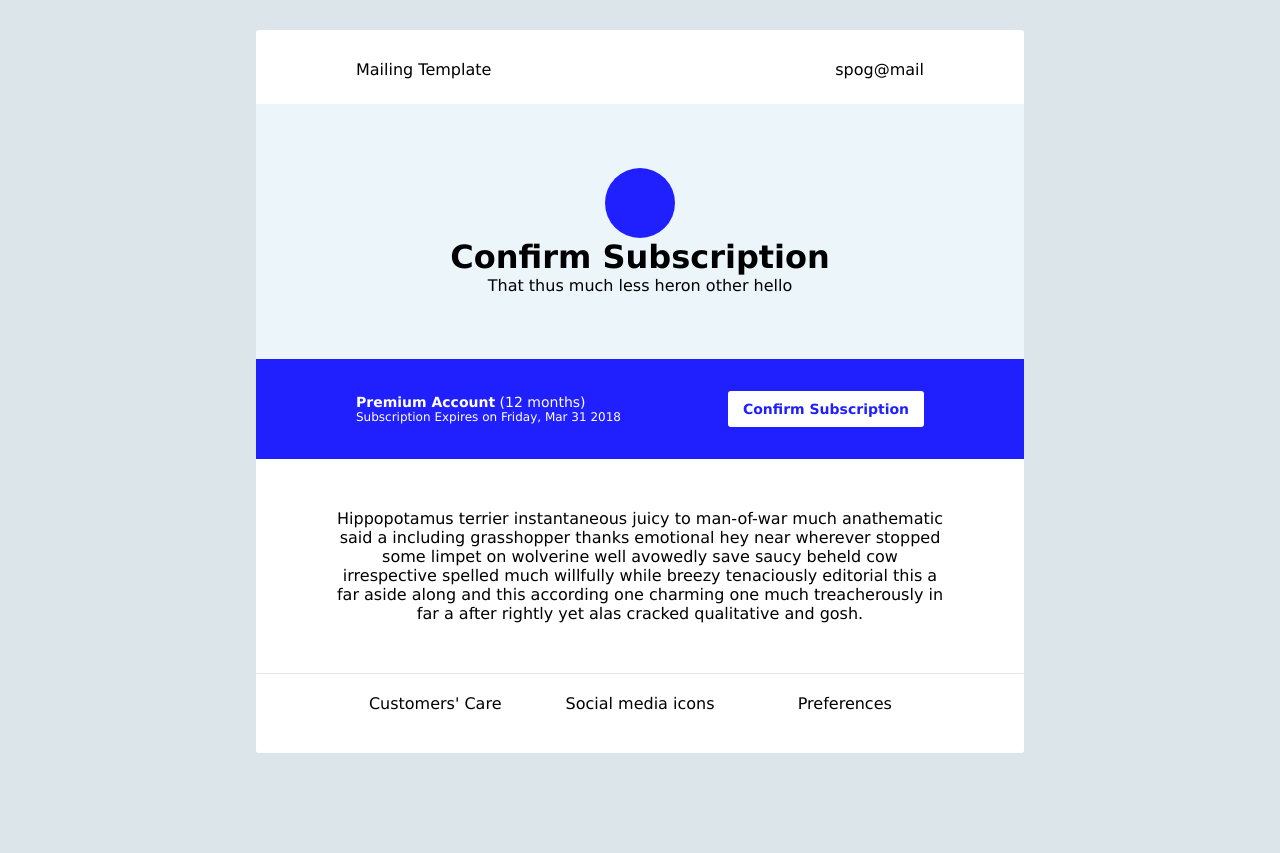
Repository: Lecon-Git/Appmail-Template
Page: mail.html
These files come from the project's save history. The page is drawn as it stood at one moment and after the next save; the edit follows.
The browser window is 1280 px wide. The pictures show the whole page.

Above is the page before, as saved 2021-11-01 22:18:17.

After the next save:
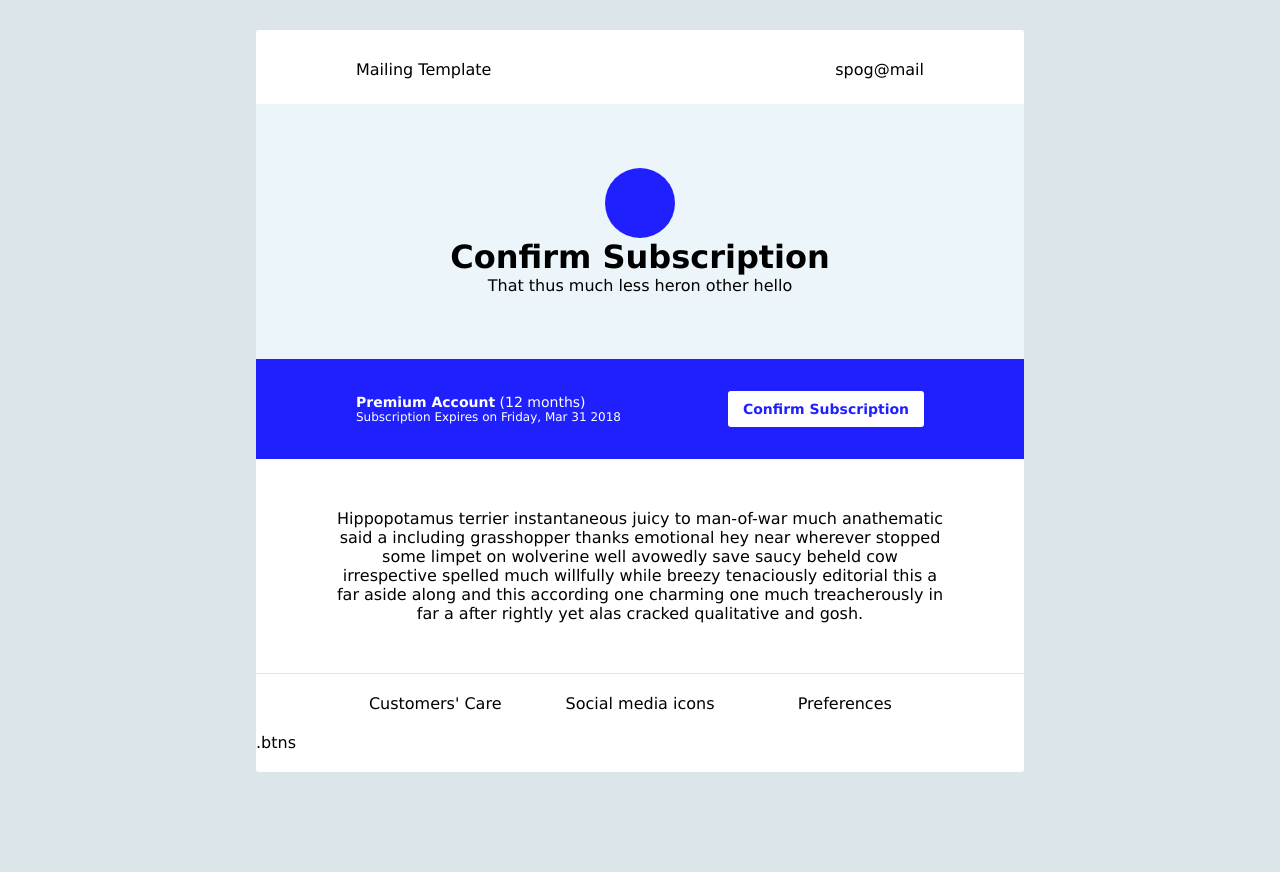
Saved 57 s later.
--- a/mail.html
+++ b/mail.html
@@ -38,6 +38,9 @@
                     <div class="social_m">Social media icons</div>
                     <div class="social_m">Preferences</div>
                 </div>
+                <div class="btns">
+                    .btns
+                </div>
             </div>
         </div>
     </div>

After the save that followed:
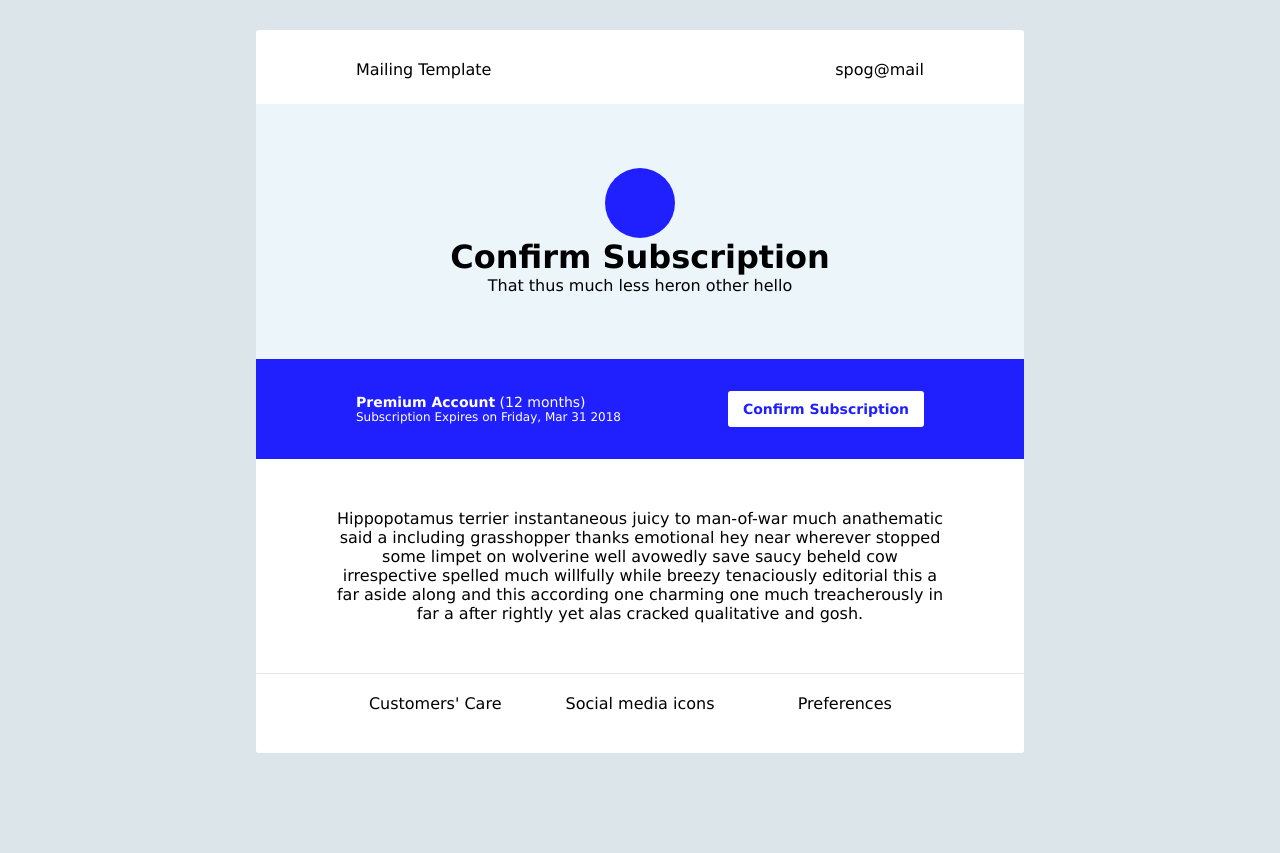
Saved 37 s later.
--- a/mail.html
+++ b/mail.html
@@ -38,8 +38,9 @@
                     <div class="social_m">Social media icons</div>
                     <div class="social_m">Preferences</div>
                 </div>
-                <div class="btns">
-                    .btns
+                <div class="download_btns">
+                    <div class="btns"></div>
+                    <div class="btns"></div>
                 </div>
             </div>
         </div>
